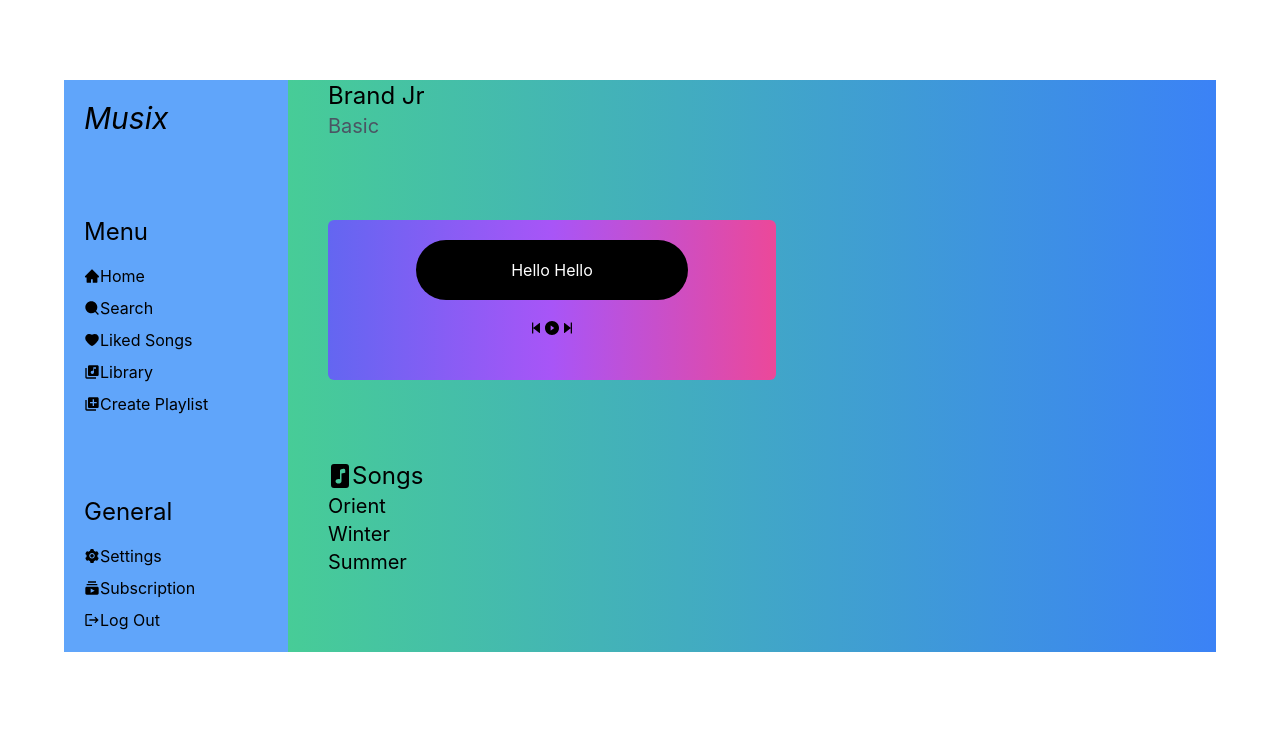
Repository: brandford7/music-player
Page: /
These files come from the project's save history. The page is drawn as it stood at one moment and after a run of saves; the edit follows.
The browser window is 1280 px wide. The pictures show the whole page.
The project was rebuilt for these pictures with package versions that can differ from the ones it lists, and the page was loaded fresh each time. The framework's server and built-in components were replaced by stand-ins that run in the browser. Also part of the build but not shown: next.config.js.

Above is the page before, as saved 2022-11-18 12:54:10.

### pages/index.js
import Head from "next/head";
import Image from "next/image";
import { MusicCard, Sidebar, SongList, UserAvatar } from "../components";

export default function Home() {
  return (
    <div className="flex mx-auto max-w-6xl my-20 space-x-10 bg-gradient-to-r from-green-400 to-blue-500">
      <Head>
        <title>Music Player</title>
        <meta name="description" content="Generated by create next app" />
        <link rel="icon" href="/favicon.ico" />
      </Head>
      <aside>
        <Sidebar />
      </aside>
      <main className="flex flex-col flex-1 space-y-20">
        <UserAvatar name="Brand Jr" subscription="Basic" />
        <MusicCard title="Hello Hello" />
        <SongList />
      </main>
    </div>
  );
}

### styles/globals.css
@tailwind base;
@tailwind components;
@tailwind utilities;



html,
body {
  padding: 0;
  margin: 0;
  font-family: -apple-system, BlinkMacSystemFont, Segoe UI, Roboto, Oxygen,
    Ubuntu, Cantarell, Fira Sans, Droid Sans, Helvetica Neue, sans-serif;
}

a {
  color: inherit;
  text-decoration: none;
}

* {
  box-sizing: border-box;
}

@media (prefers-color-scheme: dark) {
  html {
    color-scheme: dark;
  }
  body {
    color: white;
    background: black;
  }
}

### components/index.js
export { default as Sidebar } from './Sidebar';
export { default as UserAvatar } from './UserAvatar';
export { default as MusicCard } from './MusicCard';
export { default as MusicButton } from './MusicButton';
export { default as SongList } from './SongList';

### components/Sidebar.jsx
import React from "react";
import { AiFillHome, AiFillHeart, AiFillSetting } from "react-icons/ai";
import {
  MdLibraryMusic,
  MdLibraryAdd,
  MdLogout,
  MdSubscriptions,
} from "react-icons/md";
import { RiSearchFill } from "react-icons/ri";

const Sidebar = () => {
  return (
    <div className="flex flex-col space-y-20 bg-blue-400 p-5  w-56">
      <section>
        <h1 className="text-3xl italic">Musix</h1>
      </section>
      <section>
        <h2 className="mb-4 text-2xl">Menu</h2>
        <ul className="space-y-2">
          <li className="flex items-center ">
            <AiFillHome />
            Home
          </li>
          <li className="flex items-center ">
            <RiSearchFill />
            Search
          </li>
          <li className="flex items-center ">
            <AiFillHeart />
            Liked Songs
          </li>
          <li className="flex items-center ">
            <MdLibraryMusic />
            Library
          </li>
          <li className="flex items-center ">
            <MdLibraryAdd />
            Create Playlist
          </li>
        </ul>
      </section>
      <section>
        <h2 className="mb-4 text-2xl">General</h2>
        <ul className="space-y-2">
          <li className="flex items-center ">
            <AiFillSetting />
            Settings
          </li>
          <li className="flex items-center ">
            <MdSubscriptions />
            Subscription
          </li>
          <li className="flex items-center ">
            <MdLogout />
            Log Out
          </li>
        </ul>
      </section>
    </div>
  );
};

export default Sidebar;

### components/UserAvatar.jsx
import React from "react";

const UserAvatar = ({ image, name, subscription }) => {
  return (
    <div className="flex flex-col">
      <img src={image} alt="" />
      <h2 className="text-2xl">{name}</h2>
      <p className="text-gray-600 text-xl"> {subscription}</p>
    </div>
  );
};

export default UserAvatar;

### components/MusicCard.jsx
import React from "react";
import MusicButton from "./MusicButton";
import {
  AiFillPlayCircle,
  AiFillStepBackward,
  AiFillStepForward,
} from "react-icons/ai";

const MusicCard = ({ title }) => {
  return (
    <div className=" flex flex-col items-center space-y-5 p-5 max-w-md rounded-md h-40 w-4/5 bg-gradient-to-r from-indigo-500 via-purple-500 to-pink-500">
      <section className="flex items-center justify-center rounded-full h-2/4 w-2/3 bg-black text-white">
        {title}
      </section>
      <section className="flex items-center justify-center">
        <MusicButton icon={<AiFillStepBackward />} />
        <MusicButton icon={<AiFillPlayCircle />} />
        <MusicButton icon={<AiFillStepForward />} />
      </section>
    </div>
  );
};

export default MusicCard;

### components/MusicButton.jsx
import React from 'react'

const MusicButton = ({icon}) => {
  return (
      <div>{icon}</div>
  )
}

export default MusicButton

### components/SongList.jsx
import React from "react";
import { BsFillFileMusicFill } from "react-icons/bs";

const SongList = () => {
  return (
    <div>
      <h1 className="flex items-center space-x-5 text-2xl">
        <BsFillFileMusicFill />
        Songs
      </h1>
      <section>
        <ul className="flex flex-col text-xl">
          <li>Orient</li>
          <li>Winter</li>
          <li>Summer</li>
        </ul>
      </section>
    </div>
  );
};

export default SongList;

Loaded but not shown: pages/_app.js (common file); tailwind.config.js (common file)

After the next 2 saves:
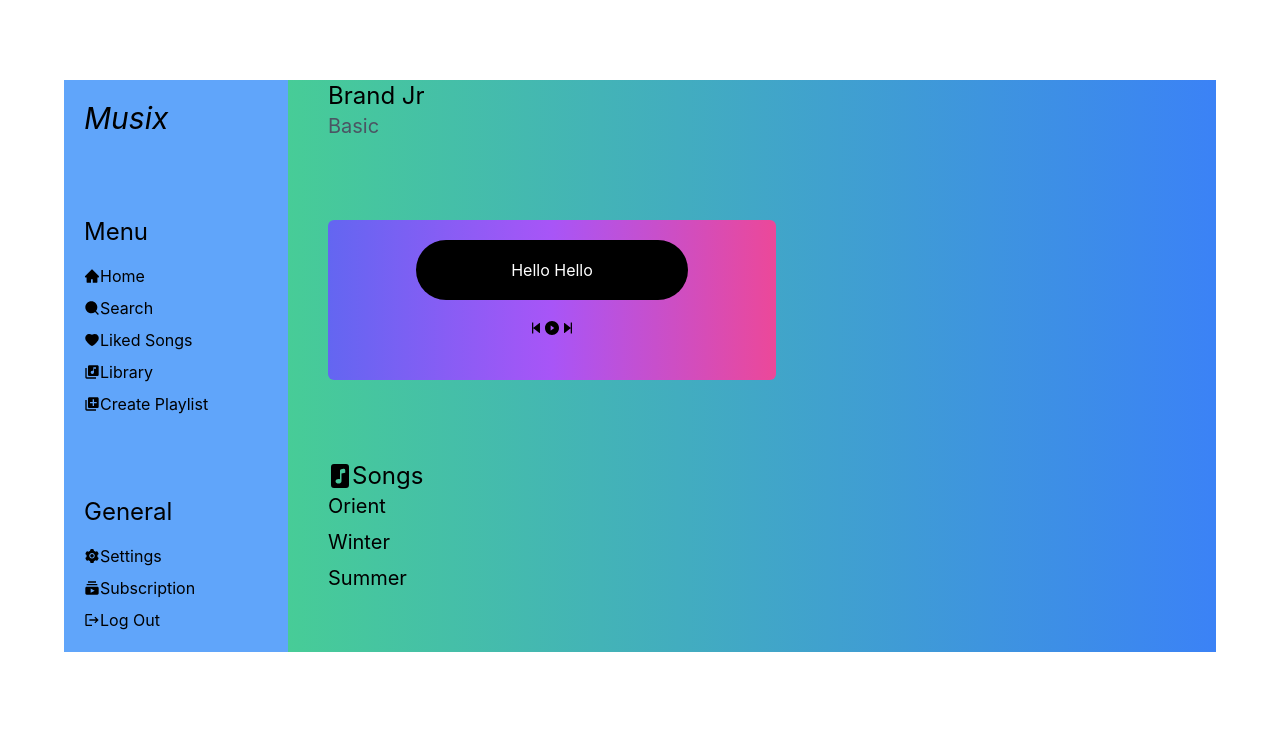
The 2 saves are shown as one change because they came seconds apart.
The last was saved 10 s later.
--- a/components/SongList.jsx
+++ b/components/SongList.jsx
@@ -9,7 +9,7 @@ const SongList = () => {
         Songs
       </h1>
       <section>
-        <ul className="flex flex-col text-xl">
+        <ul className="flex flex-col text-xl space-y-2">
           <li>Orient</li>
           <li>Winter</li>
           <li>Summer</li>
